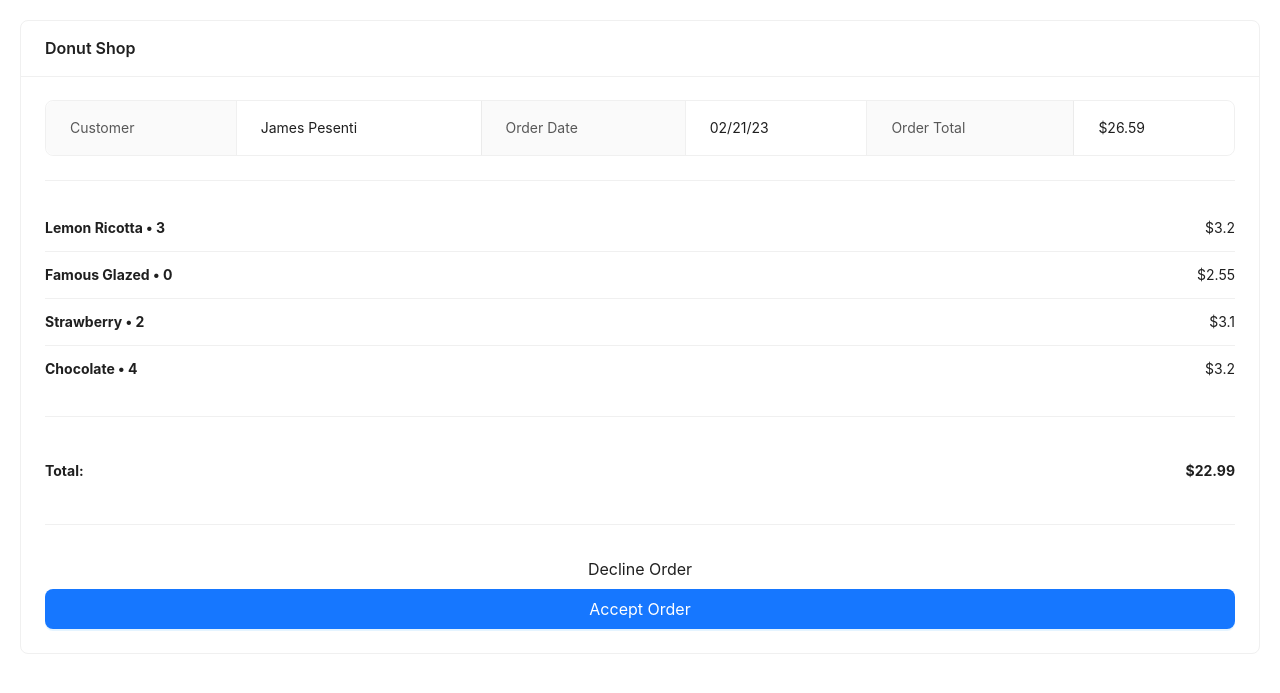
Repository: JamesPesenti/DonutShopDashboard
Page: /
The author's editor kept a copy of each file at every save. The page is drawn from the files as they stood at one save, then again after the next save.
The browser window is 1280 px wide. The pictures show the whole page.
The project was rebuilt for these pictures with package versions that can differ from the ones it lists, and the page was loaded fresh each time.

Above is the page before, as saved 2023-03-22 14:30:52.

### src/App.js
import { Card, Descriptions, Divider, List, Button } from "antd"
import donuts from "../src/data/donuts"

function App() {
  return (
    <>
      <Card style={{ margin: 20 }} title={"Donut Shop"}>
        <Descriptions bordered column={{lg: 1, md: 1, sm: 1}}>
          <Descriptions.Item label="Customer">
            James Pesenti
          </Descriptions.Item>
          <Descriptions.Item label="Order Date">
            02/21/23
          </Descriptions.Item>
          <Descriptions.Item label="Order Total">
            $26.59
          </Descriptions.Item>
        </Descriptions>
        <Divider />
        <List
          dataSource={donuts}
          renderItem={(donutItem) => (
            <List.Item>
              <div style={{fontWeight: "bold"}}>{donutItem.flavor}   &#8226; {donutItem.quantity}</div>
              <div>${donutItem.price}</div>
            </List.Item>
          )}
        />
        <Divider />
        <div style={styles.totalContainer}>
          <h4>Total:</h4>
          <h4 style={styles.price}>$22.99</h4>
        </div>
        <Divider />
        <div style={styles.buttonsContainer}>
          <Button block type="danger" size="large">
            Decline Order
          </Button>
          <Button block type="primary" size="large">
            Accept Order
          </Button>
        </div>
      </Card>
    </>
  );
}

const styles = {
  totalContainer: {
    display: "flex",
    flexDirection: "row",
  },
  price: {
    marginLeft: "auto",
  },
  buttonsContainer: {
    flexDirection: "row"
  }
}

export default App;

### src/data/donuts.js
export default [
    {
        flavor: "Lemon Ricotta",
        image: "https://t3.ftcdn.net/jpg/04/90/71/94/240_F_490719448_y4LhTnor5VL2gk9DYhwIw3ZRcZQ1beeD.jpg",
        price: 3.20,
        avgRating: 4.8,
        calories: 190,
        quantity: 3,
        descriptiion: "Made with fresh ricotta and lemon zest",
    },
    {
        flavor: "Famous Glazed",
        image: "https://t3.ftcdn.net/jpg/00/70/16/96/240_F_70169698_gr2Xm6hqPIFLC2kAsjOVRATbBLVDZLn5.jpg",
        price: 2.55,
        avgRating: 4.7,
        calories: 242,
        quantity: 0,
        descriptiion: "Our famous, made fresh everyday glazed",
    },
    {
        flavor: "Strawberry",
        image: "https://t3.ftcdn.net/jpg/00/20/33/94/240_F_20339434_0DNEcWb7vTsrpw1g2tSHmrFc3Fh5G9C6.jpg",
        price: 3.10,
        avgRating: 4.6,
        calories: 189,
        quantity: 2,
        descriptiion: "Made with organic strawberries from florida",
    },
    {
        flavor: "Chocolate",
        image: "https://t3.ftcdn.net/jpg/02/54/64/44/240_F_254644452_0dCYufJiJP5Aw3LxX8x0hzlicqYsb5HR.jpg",
        price: 3.20,
        avgRating: 4.7,
        calories: 297,
        quantity: 4,
        descriptiion: "Tastes like a slice of chocolate cake!",
    },
]

Loaded but not shown: public/index.html (common file); src/index.js (common file); src/index.css (common file)

After the next save:
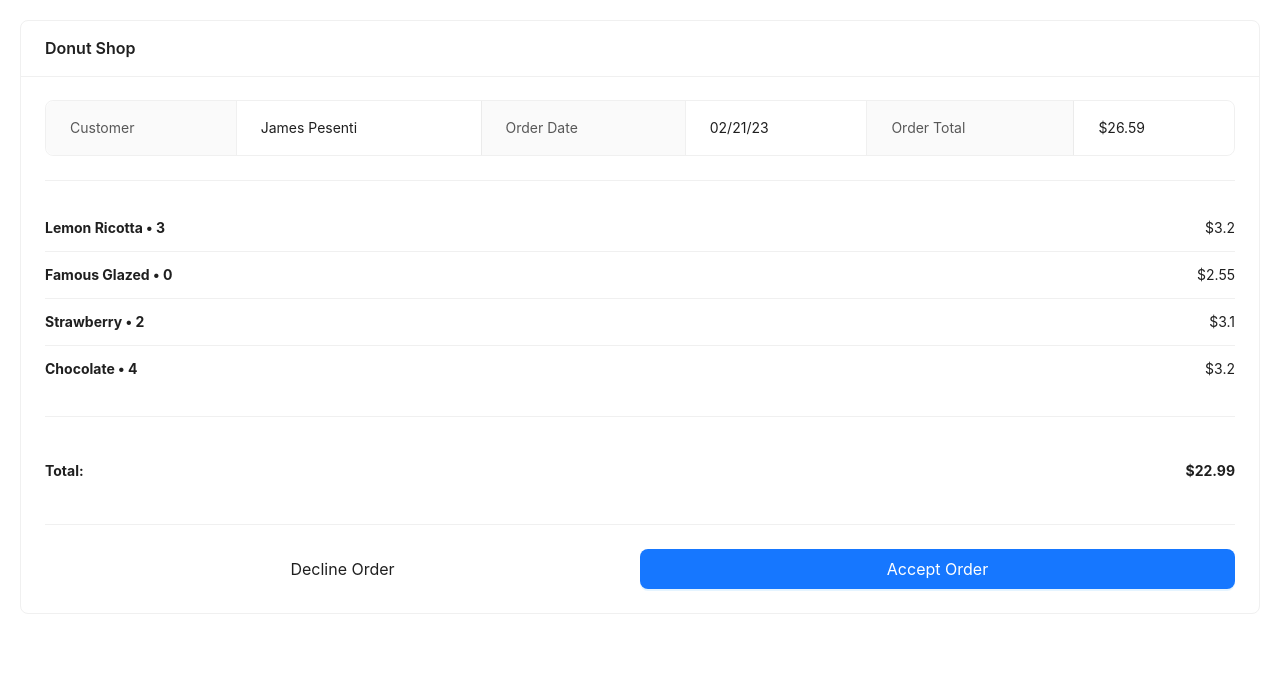
Saved 11 s later.
--- a/src/App.js
+++ b/src/App.js
@@ -54,6 +54,7 @@ const styles = {
     marginLeft: "auto",
   },
   buttonsContainer: {
+    display: "flex",
     flexDirection: "row"
   }
 }
